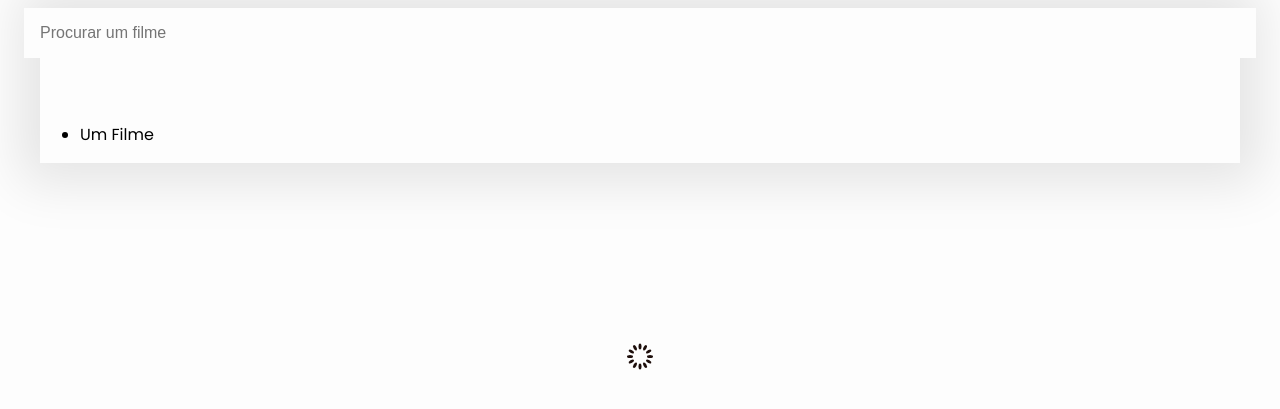
Repository: giordanobraz/agenda-edu-challenge
Page: /
An editor plug-in stored every save of this project. The page is shown before and after the next save, followed by the edit.
The browser window is 1280 px wide. The pictures show the whole page.
The page's requests for data from a server got no answer. The project was rebuilt for these pictures with package versions that can differ from the ones it lists, and the page was loaded fresh each time. No one was signed in, and anything a server would have sent is missing. Also part of the build but not shown: src/components/List/MovieList.scss, src/components/Details/Details.scss, src/components/Details/Details.js, src/pages/Details/index.js.

Above is the page before, as saved 2022-05-13 16:48:41.

After the next save:
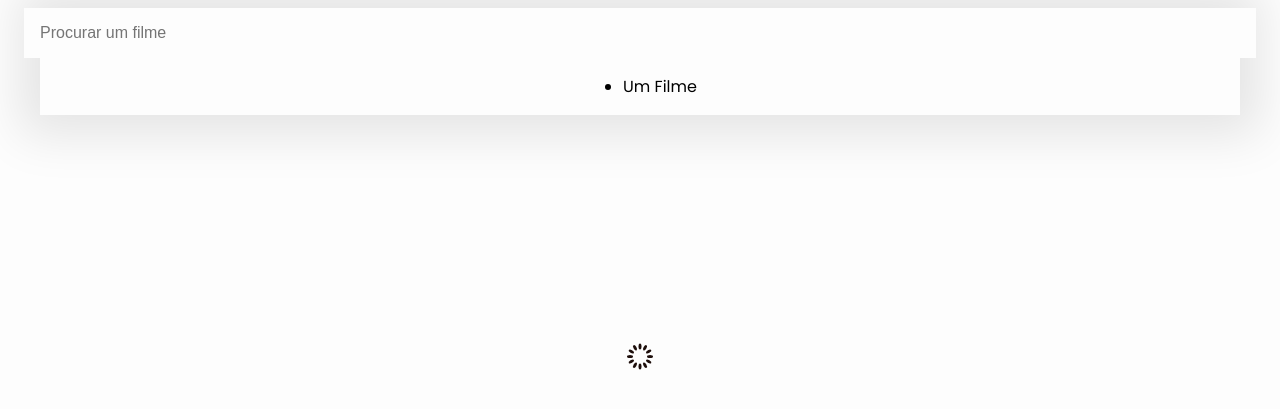
Saved 24 s later.
--- a/src/components/Search/SearchBar.scss
+++ b/src/components/Search/SearchBar.scss
@@ -31,7 +31,6 @@
   }
 
   .search-bar-items {
-    width: 100%;
-    margin-top: 3rem;
+
   }
 }
